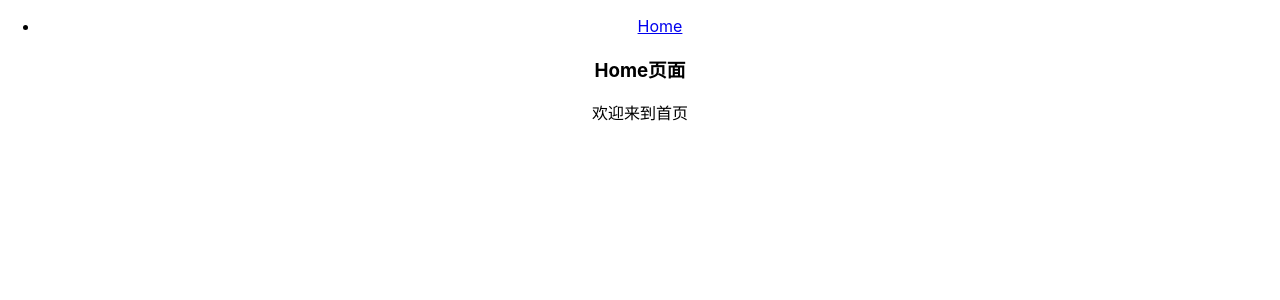
Repository: blueprintsesby/react-core
Page: /
An editor plug-in stored every save of this project. The page is shown before and after the next save, followed by the edit.
The browser window is 1280 px wide. The pictures show the whole page.
The project was rebuilt for these pictures with package versions that can differ from the ones it lists, and the page was loaded fresh each time.

Above is the page before, as saved 2022-09-19 16:12:02.

After the next save:
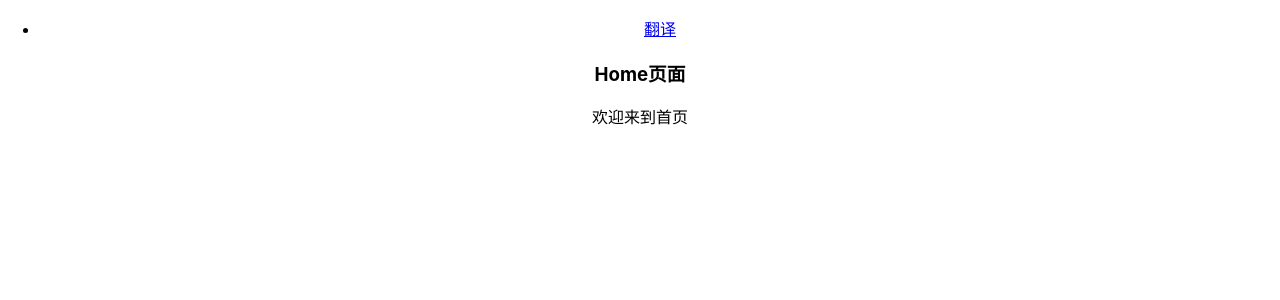
Saved 2 min 25 s later.
--- a/src/views/Navbar.tsx
+++ b/src/views/Navbar.tsx
@@ -6,7 +6,7 @@
             <nav className="nav-wrapper">
                 <div className="list">
                     <ul>
-                        <li><a href='/'>Home</a></li>
+                        <li><a href='/'>翻译</a></li>
                     </ul>
                 </div>
             </nav>
